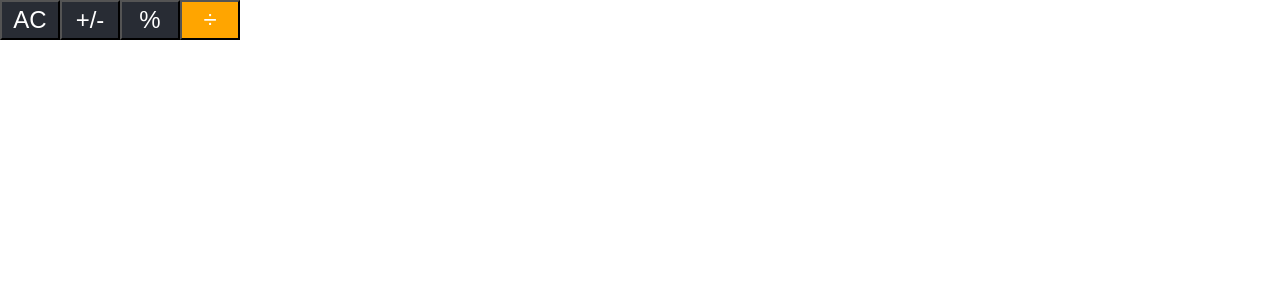
Repository: catsarenotreal/CalculatorWebApp
Page: /
An editor plug-in stored every save of this project. The page is shown before and after the next save, followed by the edit.
The browser window is 1280 px wide. The pictures show the whole page.
The project was rebuilt for these pictures with package versions that can differ from the ones it lists, and the page was loaded fresh each time.

Above is the page before, as saved 2024-08-22 15:02:52.

After the next save:
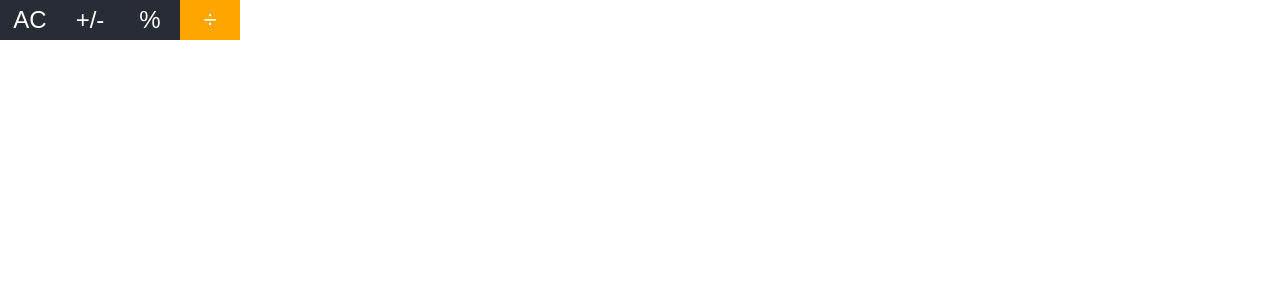
Saved 75 s later.
--- a/src/App.css
+++ b/src/App.css
@@ -44,7 +44,7 @@
   text-align: center;
   box-shadow: none;
   border-color: 2;
-  border-radius: 200;
+  border: 0;
   font-size: 1.5rem;
   color: white;
   height: 40px;

After the 5 saves that followed:
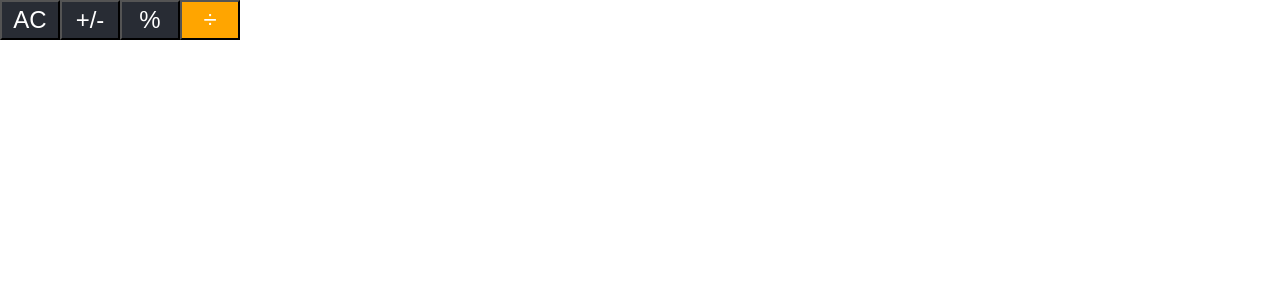
The 5 saves are shown as one change because 4 left the picture as it was.
The last was saved 61 s later.
--- a/src/App.css
+++ b/src/App.css
@@ -43,8 +43,10 @@
 .Buttons {
   text-align: center;
   box-shadow: none;
-  border-color: 2;
-  border: 0;
+  /* border-color: 2;
+  border: 0; */
+  outline-color: black;
+  outline-style: 20;
   font-size: 1.5rem;
   color: white;
   height: 40px;
